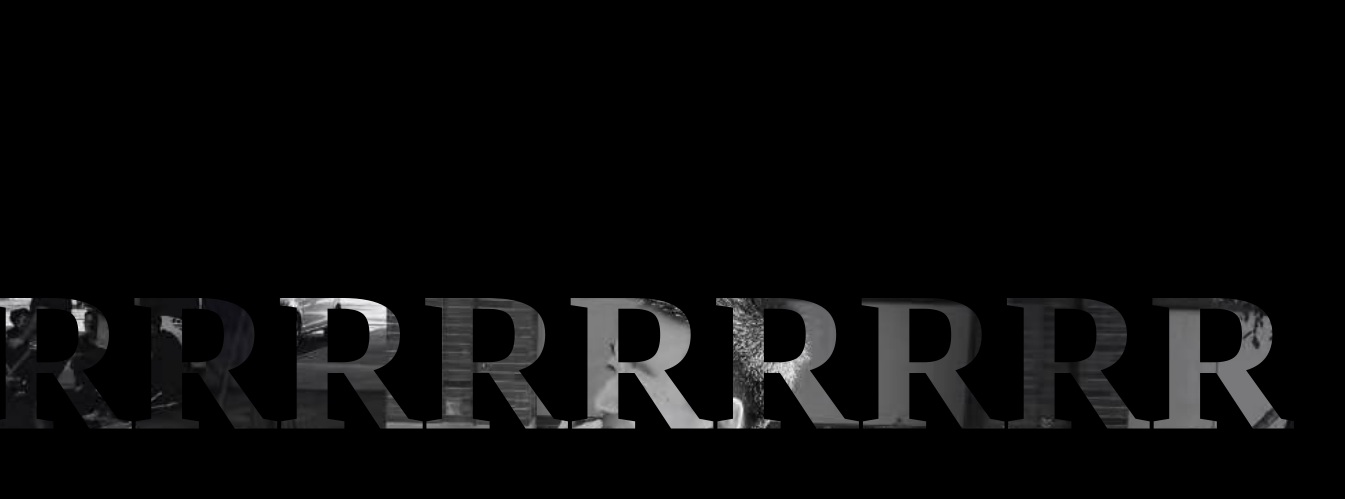
Repository: nishuiwei/nishuiwei.github.io
Page: background.html
The author's editor kept a copy of each file at every save. The page is drawn from the files as they stood at one save, then again after the next save.
The browser window is 1280 px wide. The page is 1294 px wide, then 1345 px, so the pictures cover 1345 px, including what lies to the right of the window. The pictures show the whole page.

Above is the page before, as saved 2019-12-19 16:39:51.

### background.html
<!DOCTYPE html>
<html lang="en">

<head>
  <meta charset="UTF-8">
  <meta name="viewport" content="width=device-width, initial-scale=1.0">
  <meta http-equiv="X-UA-Compatible" content="ie=edge">
  <meta name="卫慧杰" content="w920098695@sina.cn" />
  <meta name="keywords" content="your tags" />
  <meta name="description" content="your description" />
  <meta http-equiv="X-UA-Compatible" content="ie=edge">
  <meta name="COPYRIGHT" content="卫慧杰">
  <title>Document</title>
  <style>
    body {
      margin: 0px;
      padding: 0px;
      font-family: "黑体";
      background: #000;
    }

    h1 {
      font-size: 200px;
      text-transform: uppercase;
      /*定义文本中的大小写，uppercase仅有大写字母 */
      font-weight: 900;
      /*定义文本的粗细，从100~900*/
      letter-spacing: 1px;
      /*设置字母间距*/
      position: absolute;
      top: 50%;
      left: 50%;
      transform: translate(-50%, -50%);
      /*position & transform: translate(-50%, -50%)
    实现块元素百分比下居中*/
      margin: 0;
      background: url(./bg1.jpg) 50% 50%;
      /*背景图片路径和size大小*/
      background-size: cover;
      /*此时会保持图像的纵横比*/
      /*并将图像缩放成将完全覆盖背景定位区域的最小大小。*/
      -webkit-text-fill-color: transparent;
      /*text-fill-color是设置指定文字的填充颜色，transparent透明*/
      -webkit-background-clip: text;
      /*背景绘制在text区域内，剪切成文字形状*/
      text-align: center;
    }
  </style>
</head>

<body>
  <div class="container">
      <h1>RRRRRRRRR</h1>
  </div>
</body>

</html>

After the next save:
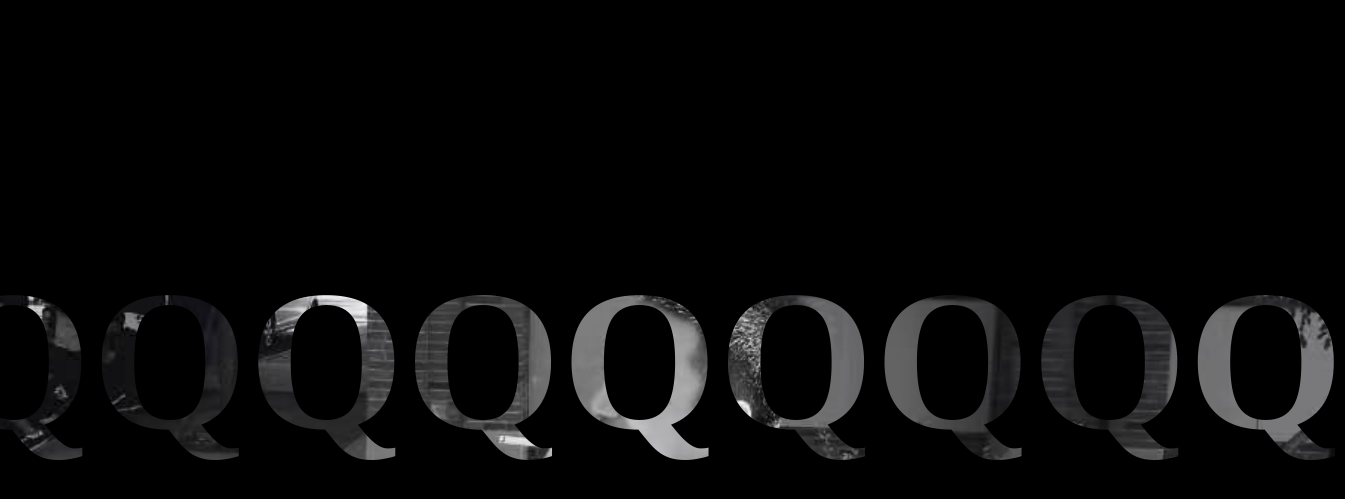
Saved 8 s later.
--- a/background.html
+++ b/background.html
@@ -50,7 +50,7 @@
 
 <body>
   <div class="container">
-      <h1>RRRRRRRRR</h1>
+      <h1>QQQQQQQQQ</h1>
   </div>
 </body>
 
